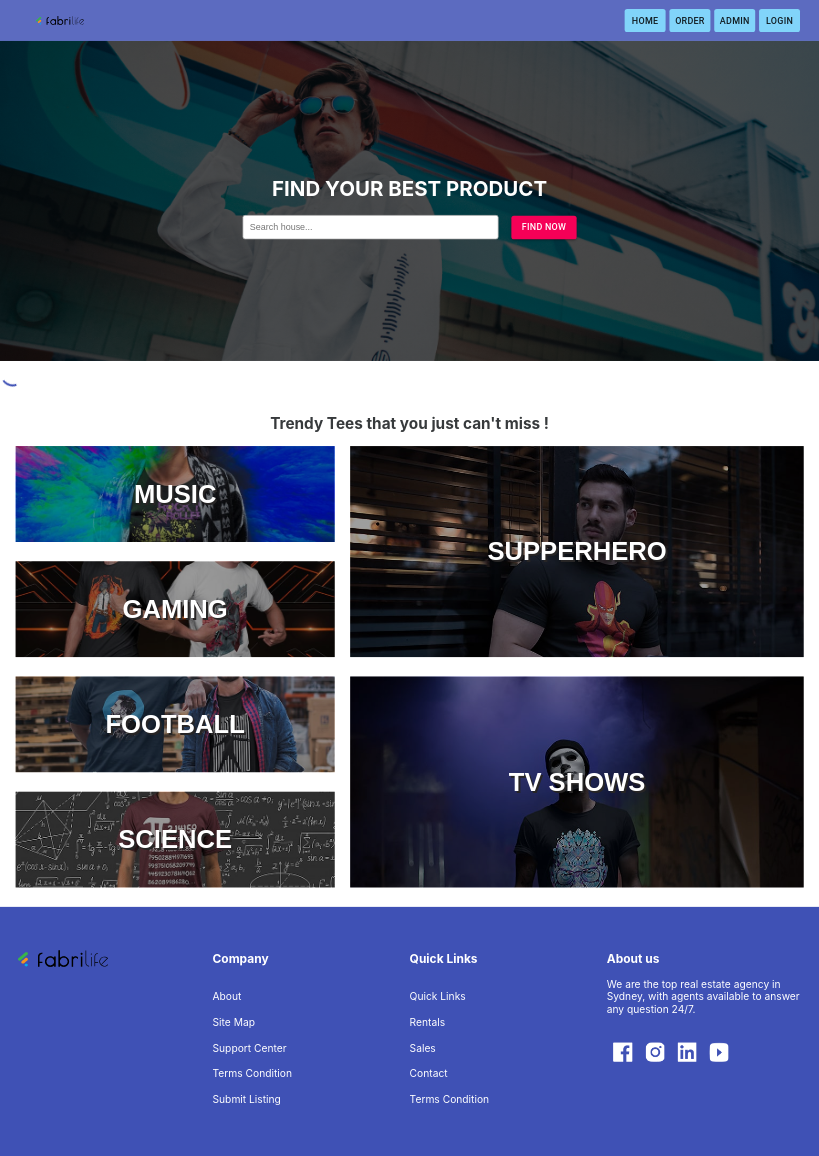
Repository: arif286/fabrilife-E-commerce-client-site
Page: /
The author's editor kept a copy of each file at every save. The page is drawn from the files as they stood at one save, then again after the next save.
The browser window is 1280 px wide. The pictures show the whole page, at 64% of full size.
The page's requests for data from a server got no answer. The project was rebuilt for these pictures with package versions that can differ from the ones it lists, and the page was loaded fresh each time. No one was signed in, and anything a server would have sent is missing. Also part of the build but not shown: src/components/Admin/Admin.css, src/components/Admin/AddEvent/AddEvent.css, src/components/Admin/AddEvent/AddEvent.js, src/components/Admin/ProductManage/ProductManage.js, src/components/Admin/Sidebar/Sidebar.css, src/components/Admin/Sidebar/Sidebar.js, src/components/Admin/Admin.js, src/components/CheckOut/CheckOut.css and 10 more.

Above is the page before, as saved 2021-04-01 20:07:19.

After the next save:
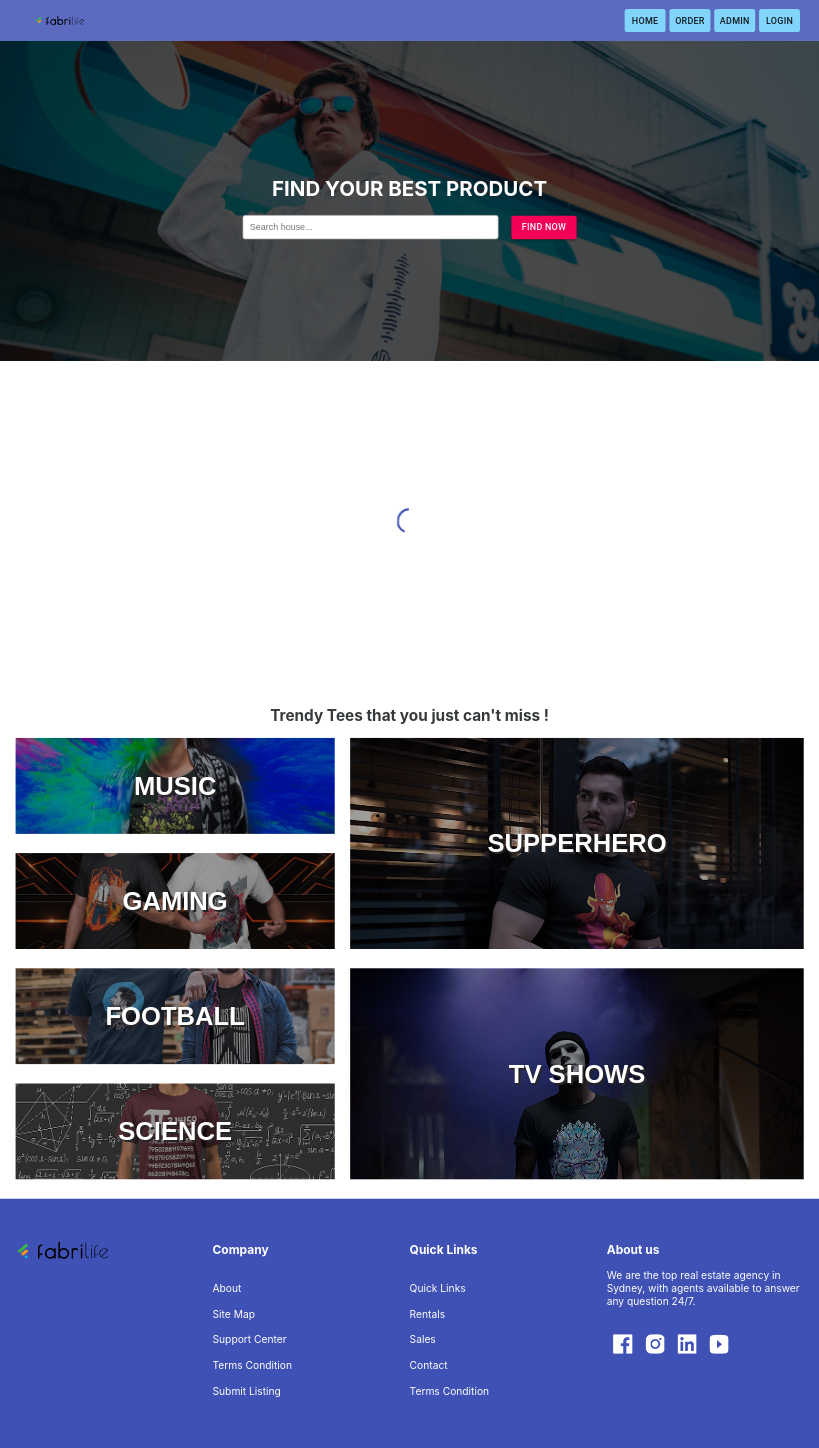
Saved 95 s later.
--- a/src/components/Shop/Shop.js
+++ b/src/components/Shop/Shop.js
@@ -5,7 +5,16 @@
 import React, { useEffect, useState } from "react";
 import ShopCard from "./ShopCard/ShopCard";
 
+const useStyles = makeStyles((theme) => ({
+  root: {
+    display: "flex",
+    justifyContent: "center",
+    alignItems: "center",
+    height: "500px",
+  },
+}));
 const Shop = () => {
+  const classes = useStyles();
      const [event, setEvent] = useState([]);
 
      useEffect(() => {
@@ -16,18 +25,11 @@
      }, []);
 
 
-  const useStyles = makeStyles((theme) => ({
-    root: {
-      display: "flex",
-      justifyContent: "center",
-      alignItems: "center",
-      height: '500px'
-    },
-  }));
+
     return (
       <div>
         {event.length === 0 ? (
-          <div className={useStyles.root}>
+          <div className={classes.root}>
             <CircularProgress />
           </div>
         ) : (
